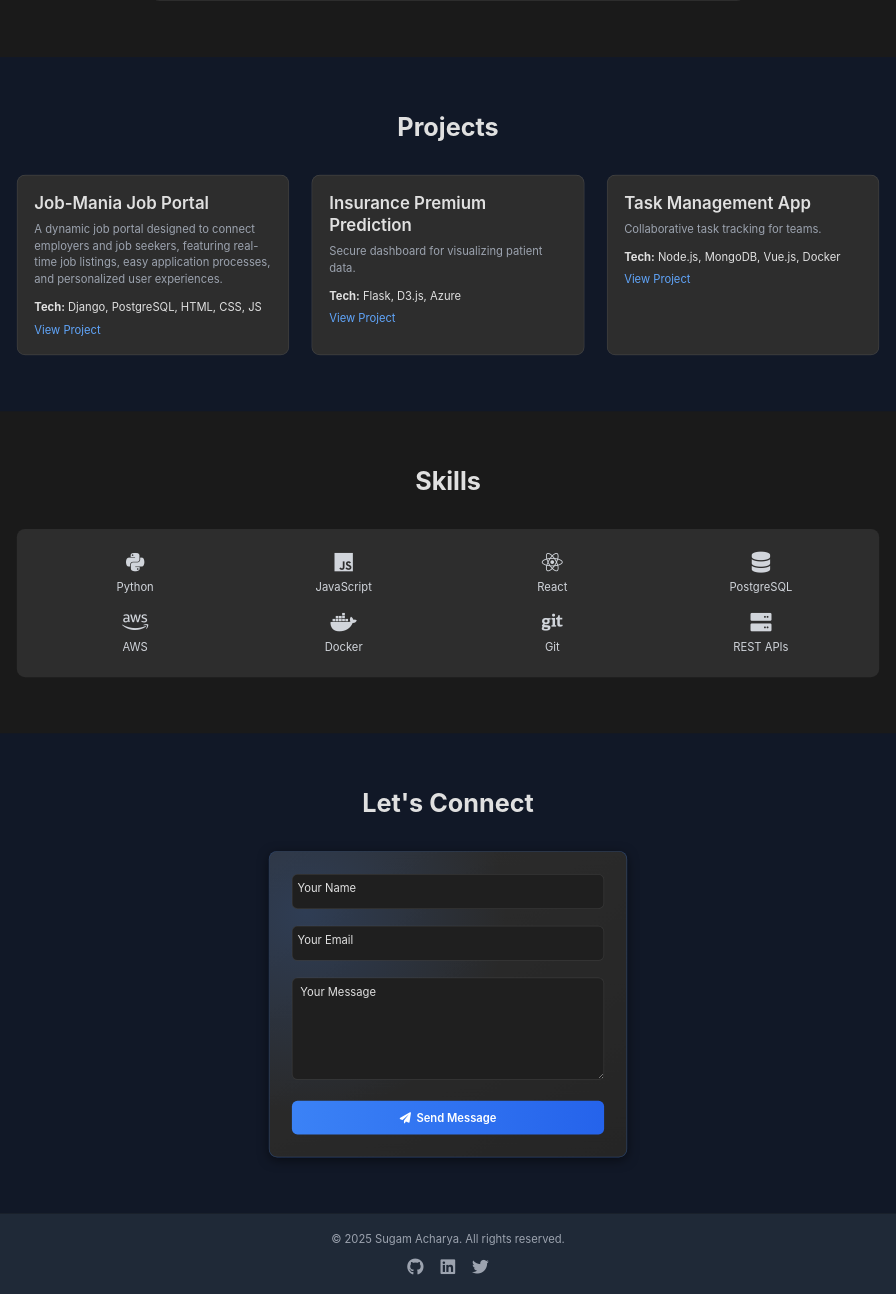
Repository: Sugaam0/Portfolio
Page: portfolio/home/templates/home/index.html
An editor plug-in stored every save of this project. The page is shown before and after the next save, followed by the edit.
The browser window is 1280 px wide. The pictures show the part of the page from y = 1001 to 2921 px (the page is 2850 px tall before and 3108 px after), at 70% of full size.
The template is drawn by Django 5.2. The application's start-up code is not run. Other server files are loaded and not shown. The template is opened directly, without the code that normally fills it, so the values that code supplies are empty.

Above is the page before, as saved 2025-05-08 17:26:18.

### portfolio/home/templates/home/index.html
{% load static %}
<!DOCTYPE html>
<html lang="en">
<head>
  <meta charset="UTF-8" />
  <meta name="viewport" content="width=device-width, initial-scale=1.0"/>
  <title>| Sugam Acharya |</title>
  <link href="https://cdn.jsdelivr.net/npm/tailwindcss@2.2.19/dist/tailwind.min.css" rel="stylesheet"/>
  <link rel="stylesheet" href="https://cdnjs.cloudflare.com/ajax/libs/font-awesome/6.0.0-beta3/css/all.min.css"/>
  <link rel="stylesheet" href="{% static 'css/style.css' %}">
</head>
<body class="antialiased scroll-smooth">

{% include 	"home/navbar.html" %}
<!-- Hero Section -->
<section id="home" class="min-h-screen flex items-center justify-center pt-20">
  <div class="container mx-auto px-6 text-center">
    <h1 class="text-5xl font-bold mb-4">Aspiring Full-Stack Developer</h1>
    <p class="text-lg text-accent mb-4">
      <span id="typed-text" class="font-semibold">Building the web one line at a time.</span>
    </p>
    <p class="text-xl text-secondary mb-6">
      Eager to build innovative digital experiences and grow through hands-on projects and collaboration.
    </p>
    <p class="text-md text-secondary mb-8">
      Recently completed training in modern web technologies including Python, JavaScript, and Java.
    </p>
    <a href="#projects" class="btn-accent px-6 py-3 rounded-lg font-semibold">Explore My Work</a>
  </div>
</section>

<!-- About Section -->
<section id="about" class="py-20">
  <div class="container mx-auto px-6 max-w-4xl">
    <h2 class="text-4xl font-bold text-center mb-10">About Me</h2>
    <div class="section-bg p-8">
      <p class="text-lg leading-relaxed text-gray-300">
        Passionate coder focused on building efficient web solutions. Skilled in Python and Machine Learning, I'm eager to turn creative ideas into functional applications.
      </p>
    </div>
  </div>
</section>

<!-- Projects -->
<section id="projects" class="py-20 bg-gray-900">
  <div class="container mx-auto px-6">
    <h2 class="text-4xl font-bold text-center mb-12">Projects</h2>
    <div class="grid grid-cols-1 md:grid-cols-2 lg:grid-cols-3 gap-8">
      <!-- Project Cards -->
      <div class="project-card section-bg p-6">
        <h3 class="text-2xl font-semibold mb-2">Job-Mania Job Portal</h3>
        <p class="text-gray-400 mb-4">A dynamic job portal designed to connect employers and job seekers, featuring real-time job listings, easy application processes, and personalized user experiences.</p>
        <p><strong>Tech:</strong> Django, PostgreSQL, HTML, CSS, JS</p>

        <a href="#" class="text-blue-400 hover:underline mt-2 inline-block">View Project</a>
      </div>
      <div class="project-card section-bg p-6">
        <h3 class="text-2xl font-semibold mb-2">Insurance Premium Prediction</h3>
        <p class="text-gray-400 mb-4">Secure dashboard for visualizing patient data.</p>
        <p><strong>Tech:</strong> Flask, D3.js, Azure</p>
        <a href="#" class="text-blue-400 hover:underline mt-2 inline-block">View Project</a>
      </div>
      <div class="project-card section-bg p-6">
        <h3 class="text-2xl font-semibold mb-2">Task Management App</h3>
        <p class="text-gray-400 mb-4">Collaborative task tracking for teams.</p>
        <p><strong>Tech:</strong> Node.js, MongoDB, Vue.js, Docker</p>
        <a href="#" class="text-blue-400 hover:underline mt-2 inline-block">View Project</a>
      </div>
    </div>
  </div>
</section>

<!-- Skills -->
<section id="skills" class="py-20">
  <div class="container mx-auto px-6">
    <h2 class="text-4xl font-bold text-center mb-12">Skills</h2>
    <div class="section-bg p-8 grid grid-cols-2 md:grid-cols-4 gap-6 text-center text-gray-300">
      <div><i class="fab fa-python text-3xl mb-2 icon-hover"></i><p>Python</p></div>
      <div><i class="fab fa-js text-3xl mb-2 icon-hover"></i><p>JavaScript</p></div>
      <div><i class="fab fa-react text-3xl mb-2 icon-hover"></i><p>React</p></div>
      <div><i class="fas fa-database text-3xl mb-2 icon-hover"></i><p>PostgreSQL</p></div>
      <div><i class="fab fa-aws text-3xl mb-2 icon-hover"></i><p>AWS</p></div>
      <div><i class="fab fa-docker text-3xl mb-2 icon-hover"></i><p>Docker</p></div>
      <div><i class="fab fa-git text-3xl mb-2 icon-hover"></i><p>Git</p></div>
      <div><i class="fas fa-server text-3xl mb-2 icon-hover"></i><p>REST APIs</p></div>
    </div>
  </div>
</section>

<!-- Contact Section -->
<section id="contact" class="py-20 bg-gray-900">
  <div class="container mx-auto px-6">
    <h2 class="text-4xl font-bold text-center mb-12">Let's Connect</h2>
    <div class="contact-form p-8 max-w-lg mx-auto rounded-xl">
      <form action="{% url 'contact' %}" method="POST">
        {% csrf_token %}
        <div class="mb-6 relative">
          <input type="text" id="name" name="name" class="form-input w-full p-3 rounded-lg peer" placeholder=" " required>
          <label for="name" class="form-label absolute left-2 top-2 text-secondary">Your Name</label>
        </div>
        <div class="mb-6 relative">
          <input type="email" id="email" name="email" class="form-input w-full p-3 rounded-lg peer" placeholder=" " required>
          <label for="email" class="form-label absolute left-2 top-2 text-secondary">Your Email</label>
        </div>
        <div class="mb-6 relative">
          <textarea id="message" name="message" rows="5" class="form-input w-full p-3 rounded-lg peer" placeholder=" " required></textarea>
          <label for="message" class="form-label absolute left-3 top-2 text-secondary">Your Message</label>
        </div>
        <button type="submit" class="btn-accent w-full py-3 rounded-lg font-semibold flex items-center justify-center gap-2">
          <i class="fas fa-paper-plane"></i> Send Message
        </button>
      </form>
    </div>
  </div>
</section>

<!-- Footer -->
{% include "home/footer.html" %}
</body>
</html>

### portfolio/home/templates/home/navbar.html
<!-- Navbar -->
<nav class="navbar fixed top-0 w-full z-50">
    <div class="container mx-auto px-6 py-5 flex justify-between items-center">
      <a href="{% url 'index' %}" class="logo text-white">Sugam Acharya</a>
      <div class="space-x-6 text-sm font-medium">
        <a href="#about" class="nav-link">About</a>
        <a href="#projects" class="nav-link">Projects</a>
        <a href="#skills" class="nav-link">Skills</a>
        <a href="#contact" class="nav-link">Contact</a>
      </div>
    </div>
  </nav>

### portfolio/home/templates/home/footer.html
<footer class="bg-gray-800 py-6">
    <div class="container mx-auto px-6 text-center text-gray-400">
      <p>© 2025 Sugam Acharya. All rights reserved.</p>
      <div class="flex justify-center space-x-6 mt-4">
        <a href="https://github.com/Sugaam0" class="icon-hover" target="_blank"><i class="fab fa-github text-2xl"></i></a>
        <a href="https://www.linkedin.com/in/sugam-acharya-b1059a23b/" class="icon-hover" target="_blank"><i class="fab fa-linkedin text-2xl"></i></a>
        <a href="https://x.com/gaam_su" class="icon-hover" target="_blank"><i class="fab fa-twitter text-2xl"></i></a>
      </div>
    </div>
  </footer>

### portfolio/home/static/css/style.css
:root {
    --bg-primary: #1a1a1a;
    --bg-secondary: #2d2d2d;
    --text-primary: #e0e0e0;
    --text-secondary: #a0a0a0;
    --accent: #3b82f6;
    --accent-dark: #2563eb;
  }

  body {
    background-color: var(--bg-primary);
    color: var(--text-primary);
    font-family: 'Inter', sans-serif;
  }

  .navbar {
    background: linear-gradient(to bottom, var(--bg-secondary), rgba(45, 45, 45, 0.95));
    backdrop-filter: blur(8px);
    box-shadow: 0 2px 5px rgba(0, 0, 0, 0.3);
  }

  .nav-link {
    position: relative;
    padding-bottom: 0.25rem;
    transition: color 0.3s ease;
  }

  .nav-link::after {
    content: '';
    position: absolute;
    width: 0;
    height: 2px;
    bottom: 0;
    left: 0;
    background-color: var(--accent);
    transition: width 0.3s ease;
  }

  .nav-link:hover::after {
    width: 100%;
  }

  .nav-link:hover {
    color: var(--accent);
  }

  .logo {
    font-size: 1.75rem;
    font-weight: 800;
    letter-spacing: 0.05em;
    transition: transform 0.3s ease, color 0.3s ease;
  }

  .logo:hover {
    transform: scale(1.05);
    color: var(--accent);
  }

  .section-bg {
    background-color: var(--bg-secondary);
    border-radius: 0.75rem;
    transition: background-color 0.3s ease;
  }

  .section-bg:hover {
    background-color: #353535;
  }

  .btn-accent {
    background: linear-gradient(to right, var(--accent), var(--accent-dark));
    color: white;
    position: relative;
    overflow: hidden;
    transition: background 0.3s ease;
  }

  .btn-accent::before {
    content: '';
    position: absolute;
    top: 0;
    left: -100%;
    width: 100%;
    height: 100%;
    background: linear-gradient(90deg, transparent, rgba(255, 255, 255, 0.2), transparent);
    transition: 0.5s;
  }

  .btn-accent:hover::before {
    left: 100%;
  }

  .btn-accent:hover {
    background: linear-gradient(to right, var(--accent-dark), var(--accent));
  }

  .project-card {
    transition: transform 0.3s ease, box-shadow 0.3s ease, border-color 0.3s ease;
    border: 1px solid rgba(255, 255, 255, 0.1);
  }

  .project-card:hover {
    transform: translateY(-6px);
    box-shadow: 0 6px 25px rgba(0, 0, 0, 0.6);
    border-color: var(--accent);
  }

  .icon-hover {
    transition: transform 0.3s ease, color 0.3s ease;
  }

  .icon-hover:hover {
    transform: scale(1.2);
    color: var(--accent);
  }

  /* Enhanced Contact Form Styles */
      .contact-form {
          background: linear-gradient(145deg, var(--bg-secondary), #252525);
          border: 1px solid rgba(59, 130, 246, 0.3);
          box-shadow: 0 4px 15px rgba(0, 0, 0, 0.5);
          position: relative;
          overflow: hidden;
      }

      .contact-form::before {
          content: '';
          position: absolute;
          top: 0;
          left: 0;
          width: 100%;
          height: 100%;
          background: radial-gradient(circle at 10% 20%, rgba(59, 130, 246, 0.2) 0%, transparent 50%);
          pointer-events: none;
      }

      .form-input {
          background-color: #1f1f1f;
          border: 1px solid rgba(255, 255, 255, 0.1);
          transition: border-color 0.3s ease, box-shadow 0.3s ease;
      }

      .form-input:focus {
          border-color: var(--accent);
          box-shadow: 0 0 8px rgba(59, 130, 246, 0.3);
          outline: none;
      }

      .form-label {
          transition: color 0.3s ease;
      }

      .form-input:focus + .form-label,
      .form-input:not(:placeholder-shown) + .form-label {
          color: var(--accent);
          transform: translateY(-1.5rem);
          font-size: 0.8rem;
      }

      ::selection {
          background: var(--accent);
          color: white;
      }

After the next save:
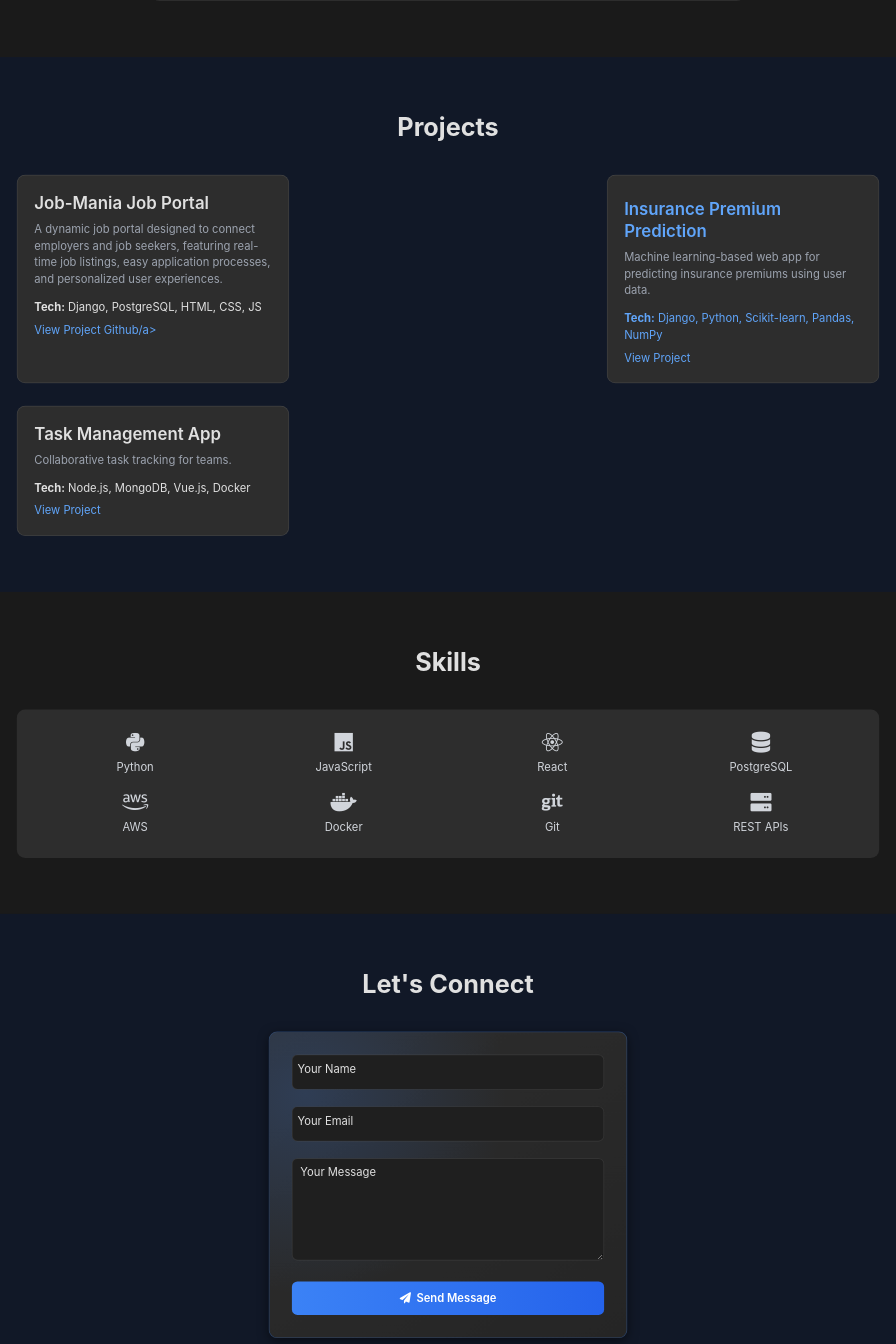
Saved 17 min 28 s later.
--- a/portfolio/home/templates/home/index.html
+++ b/portfolio/home/templates/home/index.html
@@ -51,15 +51,16 @@
         <h3 class="text-2xl font-semibold mb-2">Job-Mania Job Portal</h3>
         <p class="text-gray-400 mb-4">A dynamic job portal designed to connect employers and job seekers, featuring real-time job listings, easy application processes, and personalized user experiences.</p>
         <p><strong>Tech:</strong> Django, PostgreSQL, HTML, CSS, JS</p>
-
         <a href="#" class="text-blue-400 hover:underline mt-2 inline-block">View Project</a>
+        <a href="" class="text-blue-400 hover:underline mt-2 inline-block">Github/a>
       </div>
       <div class="project-card section-bg p-6">
         <h3 class="text-2xl font-semibold mb-2">Insurance Premium Prediction</h3>
-        <p class="text-gray-400 mb-4">Secure dashboard for visualizing patient data.</p>
-        <p><strong>Tech:</strong> Flask, D3.js, Azure</p>
+        <p class="text-gray-400 mb-4">Machine learning-based web app for predicting insurance premiums using user data.</p>
+        <p><strong>Tech:</strong> Django, Python, Scikit-learn, Pandas, NumPy</p>
         <a href="#" class="text-blue-400 hover:underline mt-2 inline-block">View Project</a>
-      </div>
+    </div>
+
       <div class="project-card section-bg p-6">
         <h3 class="text-2xl font-semibold mb-2">Task Management App</h3>
         <p class="text-gray-400 mb-4">Collaborative task tracking for teams.</p>
